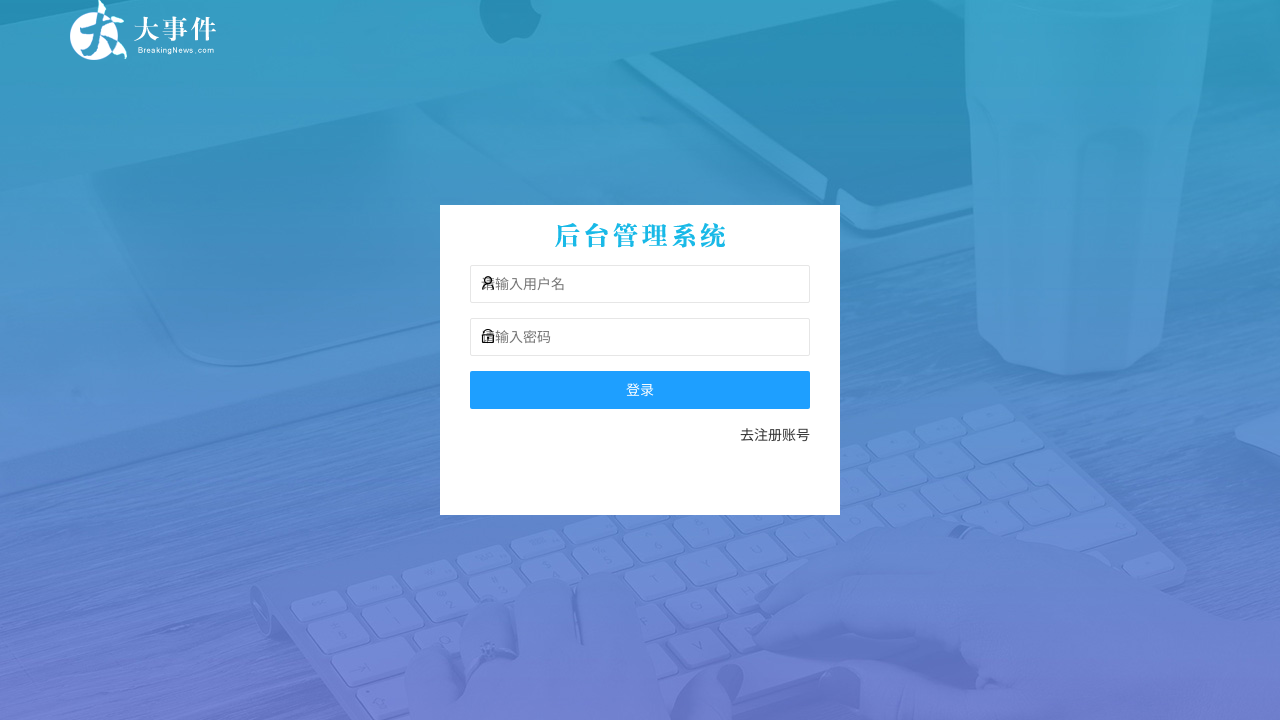
Repository: lithronmatic/web_bigbigevent
Page: login.html
The author's editor kept a copy of each file at every save. The page is drawn from the files as they stood at one save, then again after the next save.
The browser window is 1280 px wide. The pictures show the whole page.

Above is the page before, as saved 2022-08-23 12:33:26.

After the next save:
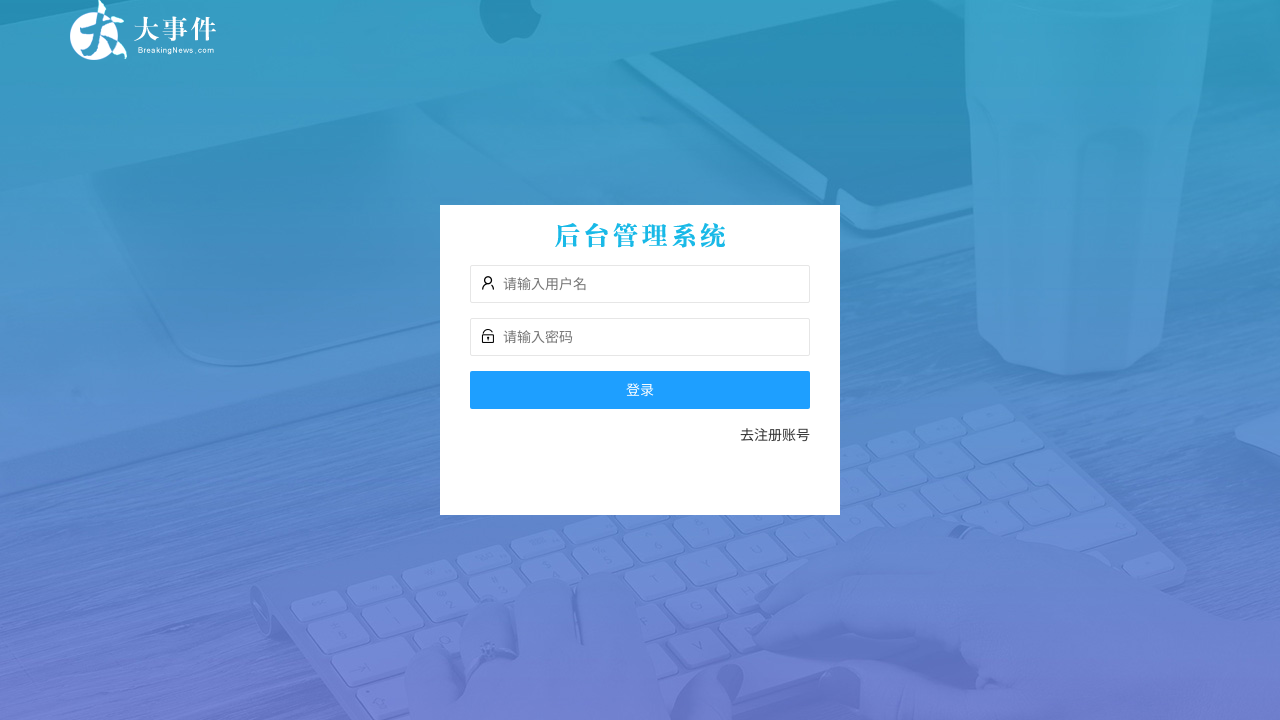
Saved 39 s later.
--- a/assets/css/login.css
+++ b/assets/css/login.css
@@ -88,3 +88,6 @@
     top:10px;
     left:10px;
 }
+.layui-input{
+    padding-left:32px;
+}
